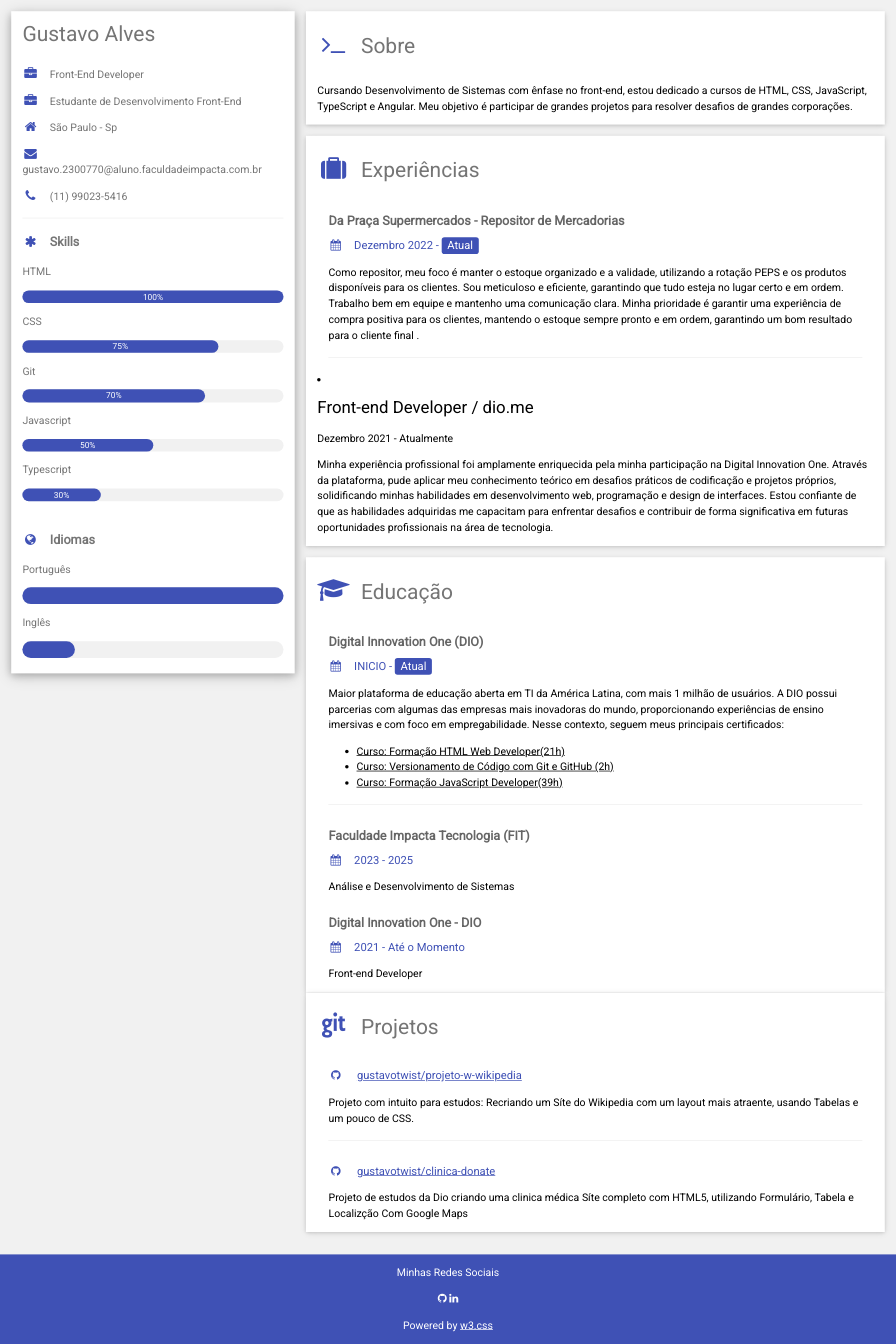
Repository: gustavotwist/cv
Page: index.html
An editor plug-in stored every save of this project. The page is shown before and after a run of saves, followed by the edit.
The browser window is 1280 px wide. The pictures show the whole page, at 70% of full size.

Above is the page before, as saved 2024-06-19 22:15:52.

### index.html
<!DOCTYPE html>
<!-- @falvojr: Reference article https://www.w3schools.com/howto/howto_website_create_resume.asp -->
<!-- @falvojr: Useful link to use fontawesome (fa) icons: https://fontawesome.com/v4/icons/ -->
<html lang="pt-BR">

  <head>
    <title>Gustavo Alves</title>

    <meta http-equiv="Content-Type" content="text/html; charset=UTF-8">
    <meta name="viewport" content="width=device-width, initial-scale=1">

    <link rel="stylesheet" href="https://www.w3schools.com/w3css/4/w3.css">
    <link rel='stylesheet' href='https://fonts.googleapis.com/css?family=Roboto'>
    <link rel="stylesheet" href="https://cdnjs.cloudflare.com/ajax/libs/font-awesome/4.7.0/css/font-awesome.min.css">

    <style>
      html,body,h1,h2,h3,h4,h5,h6 {font-family: "Roboto", sans-serif}
    </style>

  </head>

  <body class="w3-light-grey" cz-shortcut-listen="true">

    <!-- Page Container -->
    <div class="w3-content w3-margin-top" style="max-width:1400px;">

      <!-- The Grid -->
      <div class="w3-row-padding">

        <!-- Left Column -->
        <div class="w3-third">

          <div class="w3-white w3-text-grey w3-card-4">
            <!-- @falvojr: This container has been modified to not use a profile picture. -->
            <div class="w3-container">
              <h2>Gustavo Alves</h2>
            </div>
            <div class="w3-container">
              <p><i class="fa fa-briefcase fa-fw w3-margin-right w3-large w3-text-indigo"></i>Front-End Developer</p>
              <p><i class="fa fa-briefcase fa-fw w3-margin-right w3-large w3-text-indigo"></i>Estudante de Desenvolvimento Front-End</p>
              <p><i class="fa fa-home fa-fw w3-margin-right w3-large w3-text-indigo"></i>São Paulo - Sp</p>
              <p><i class="fa fa-envelope fa-fw w3-margin-right w3-large w3-text-indigo"></i>gustavo.2300770@aluno.faculdadeimpacta.com.br</p>
              <p><i class="fa fa-phone fa-fw w3-margin-right w3-large w3-text-indigo"></i>(11) 99023-5416</p>
              <hr>

              <p class="w3-large">
                <b><i class="fa fa-asterisk fa-fw w3-margin-right w3-text-indigo"></i>Skills</b>
              </p>
              <p>HTML</p>
              <div class="w3-light-grey w3-round-xlarge w3-small">
                <div class="w3-container w3-center w3-round-xlarge w3-indigo" style="width:100%">100%</div>
              </div>
              <p>CSS</p>
              <div class="w3-light-grey w3-round-xlarge w3-small">
                <div class="w3-container w3-center w3-round-xlarge w3-indigo" style="width:75%">75%</div>
              </div>
              <p>Git</p>
              <div class="w3-light-grey w3-round-xlarge w3-small">
                <div class="w3-container w3-center w3-round-xlarge w3-indigo" style="width:70%">70%</div>
              </div>
              <p>Javascript</p>
              <div class="w3-light-grey w3-round-xlarge w3-small">
                <div class="w3-container w3-center w3-round-xlarge w3-indigo" style="width:50%">50%</div>
              </div>
              <p>Typescript</p>
              <div class="w3-light-grey w3-round-xlarge w3-small">
                <div class="w3-container w3-center w3-round-xlarge w3-indigo" style="width:30%">30%</div>
              </div>
              <br>
              <p class="w3-large w3-text-theme">
                <b><i class="fa fa-globe fa-fw w3-margin-right w3-text-indigo"></i>Idiomas</b>
              </p>
              <p>Português</p>
              <div class="w3-light-grey w3-round-xlarge">
                <div class="w3-round-xlarge w3-indigo" style="height:24px;width:100%"></div>
              </div>
              <p>Inglês</p>
              <div class="w3-light-grey w3-round-xlarge">
                <div class="w3-round-xlarge w3-indigo" style="height:24px;width:20%"></div>
              </div>
              <br>
            </div>
          </div><br>

          <!-- End Left Column -->
        </div>

        <!-- Right Column -->
        <div class="w3-twothird">

          <div class="w3-container w3-card w3-white w3-margin-bottom">
            <h2 class="w3-text-grey w3-padding-16"><i class="fa fa-terminal fa-fw w3-margin-right w3-xxlarge w3-text-indigo"></i>Sobre</h2>
            <p>Cursando Desenvolvimento de Sistemas com ênfase no front-end, estou dedicado a cursos de HTML, CSS, JavaScript, TypeScript e Angular. Meu objetivo é participar de grandes projetos para resolver desafios de grandes corporações.</p>
          </div>

          <div class="w3-container w3-card w3-white w3-margin-bottom">
            <h2 class="w3-text-grey w3-padding-16">
              <i class="fa fa-suitcase fa-fw w3-margin-right w3-xxlarge w3-text-indigo"></i>Experiências
            </h2>
            <div class="w3-container">
              <h5 class="w3-opacity"><b>Da Praça Supermercados - Repositor de Mercadorias</b></h5>
              <h6 class="w3-text-indigo"><i class="fa fa-calendar fa-fw w3-margin-right"></i>Dezembro 2022 - <span class="w3-tag w3-indigo w3-round">Atual</span></h6>
              <p>Como repositor, meu foco é manter o estoque organizado e a validade, utilizando a rotação PEPS e os produtos disponíveis para os clientes. Sou meticuloso e eficiente, garantindo que tudo esteja no lugar certo e em ordem. Trabalho bem em equipe e mantenho uma comunicação clara. Minha prioridade é garantir uma experiência de compra positiva para os clientes, mantendo o estoque sempre pronto e em ordem, garantindo um bom resultado para o cliente final .</p>
              <hr>
            </div>
            <div class="w3-">
              <li>
                <h3 class="title">Front-end Developer / dio.me</h3>
                <p class="period">Dezembro 2021 - Atualmente</p>
                <p>
                    Minha experiência profissional foi amplamente enriquecida pela minha participação na Digital Innovation One. Através da plataforma, pude aplicar meu conhecimento teórico em desafios práticos de codificação e projetos próprios, solidificando minhas habilidades em desenvolvimento web, programação e design de interfaces. Estou confiante de que as habilidades adquiridas me capacitam para enfrentar desafios e contribuir de forma significativa em futuras oportunidades profissionais na área de tecnologia.
                </p>
            </li>
            </div>
          </div>

          <div class="w3-container w3-card w3-white">
            <h2 class="w3-text-grey w3-padding-16">
              <i class="fa fa-graduation-cap fa-fw w3-margin-right w3-xxlarge w3-text-indigo"></i>Educação
            </h2>
            <div class="w3-container">
              <h5 class="w3-opacity"><b>Digital Innovation One (DIO)</b></h5>
              <h6 class="w3-text-indigo"><i class="fa fa-calendar fa-fw w3-margin-right"></i>INICIO - <span class="w3-tag w3-indigo w3-round">Atual</span></h6>
              <p>
                Maior plataforma de educação aberta em TI da América Latina, com mais 1 milhão de usuários.
                A DIO possui parcerias com algumas das empresas mais inovadoras do mundo, proporcionando experiências
                de ensino imersivas e com foco em empregabilidade. Nesse contexto, seguem meus principais certificados:
              </p>
              <ul>
                <li><a href="https://www.dio.me/certificate/VDSNYTO5" target="_blank">Curso: Formação HTML Web Developer(21h)</a></li>
                <li><a href="https://www.dio.me/certificate/EA66CA6A" target="_blank">Curso: Versionamento de Código com Git e GitHub (2h)</a></li>
                <li><a href="https://www.dio.me/certificate/OST0WIWG" target="_blank">Curso: Formação JavaScript Developer(39h)</a></li>
              </ul>
              <hr>
            </div>
            <div class="w3-container">
              <h5 class="w3-opacity"><b>Faculdade Impacta Tecnologia (FIT)</b></h5>
              <h6 class="w3-text-indigo"><i class="fa fa-calendar fa-fw w3-margin-right"></i>2023 - 2025</h6>
              <p>Análise e Desenvolvimento de Sistemas</p>
            </div>
            <div class="w3-container">
              <h5 class="w3-opacity"><b>Digital Innovation One - DIO</b></h5>
              <h6 class="w3-text-indigo"><i class="fa fa-calendar fa-fw w3-margin-right"></i>2021 - Até o Momento</h6>
              <p>Front-end Developer</p>
            </div>
          </div>

          <div class="w3-container w3-card w3-white w3-margin-bottom">
            <h2 class="w3-text-grey w3-padding-16">
              <i class="fa fa-git fa-fw w3-margin-right w3-xxlarge w3-text-indigo"></i>Projetos
            </h2>
            <div class="w3-container">
              <h6 class="w3-text-indigo">
                <i class="fa fa-github fa-fw w3-margin-right"></i>
                <a href="https://github.com/gustavotwist/projeto-w-wikipedia" target="_blank">gustavotwist/projeto-w-wikipedia</a>
              </h6>
              <p>Projeto com intuito para estudos: Recriando um Síte do Wikipedia com um layout mais atraente, usando Tabelas e um pouco de CSS.</p>
              <hr>
            </div>
            <div class="w3-container">
              <h6 class="w3-text-indigo">
                <i class="fa fa-github fa-fw w3-margin-right"></i>
                <a href="https://github.com/gustavotwist/clinica-donate" target="_blank">gustavotwist/clinica-donate</a>
              </h6>
              <p>Projeto de estudos da Dio criando uma clinica médica Síte completo com HTML5, utilizando Formulário, Tabela e Localizção Com Google Maps</p>
            </div>
          </div>

          <!-- End Right Column -->
        </div>

        <!-- End Grid -->
      </div>

      <!-- End Page Container -->
    </div>

    <footer class="w3-container w3-indigo w3-center w3-margin-top">
      <p>Minhas Redes Sociais</p>
      <a href="https://github.com/gustavotwist" target="_blank"><i class="fa fa-github w3-hover-opacity"></i></a>
      <a href="https://www.linkedin.com/in/gustavoalves7/" target="_blank"><i class="fa fa-linkedin w3-hover-opacity"></i></a>
      <p>Powered by <a href="https://www.w3schools.com/w3css/default.asp" target="_blank">w3.css</a></p>
    </footer>

  </body>

</html>

After the next 2 saves:
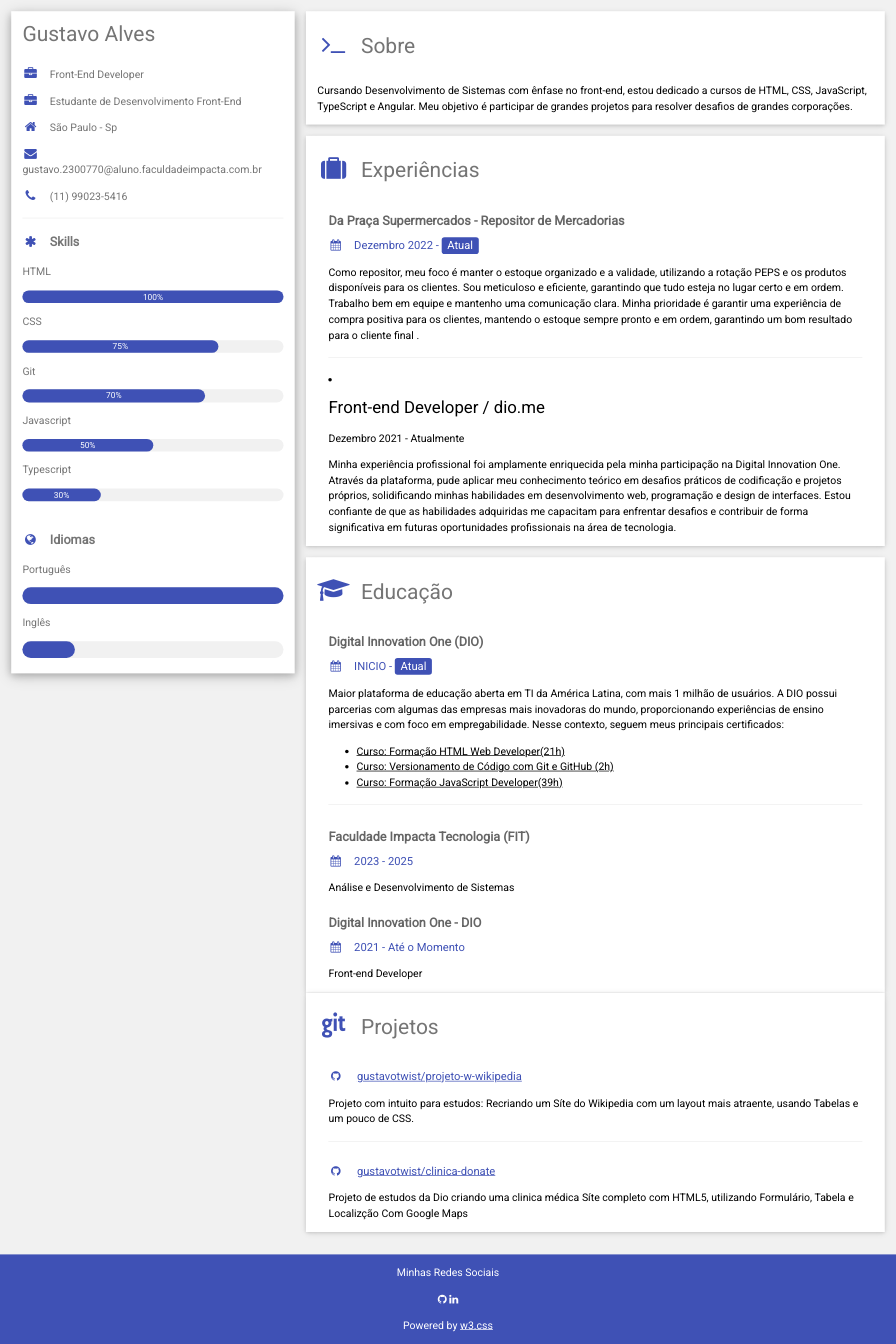
The 2 saves are shown as one change because they came seconds apart.
The last was saved 7 s later.
--- a/index.html
+++ b/index.html
@@ -103,7 +103,7 @@
               <p>Como repositor, meu foco é manter o estoque organizado e a validade, utilizando a rotação PEPS e os produtos disponíveis para os clientes. Sou meticuloso e eficiente, garantindo que tudo esteja no lugar certo e em ordem. Trabalho bem em equipe e mantenho uma comunicação clara. Minha prioridade é garantir uma experiência de compra positiva para os clientes, mantendo o estoque sempre pronto e em ordem, garantindo um bom resultado para o cliente final .</p>
               <hr>
             </div>
-            <div class="w3-">
+            <div class="w3-container">
               <li>
                 <h3 class="title">Front-end Developer / dio.me</h3>
                 <p class="period">Dezembro 2021 - Atualmente</p>
